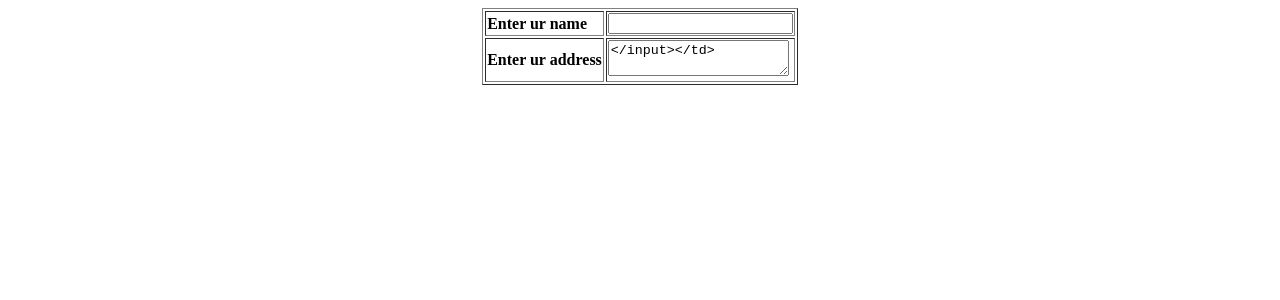
Repository: MaheshYadavM/my-frist-repo
Page: HttpSessionApp/WebContent/index.html
These files come from the project's save history. The page is drawn as it stood at one moment and after the next save; the edit follows.
The browser window is 1280 px wide. The pictures show the whole page.

Above is the page before, as saved 2022-08-30 06:39:34.

After the next save:
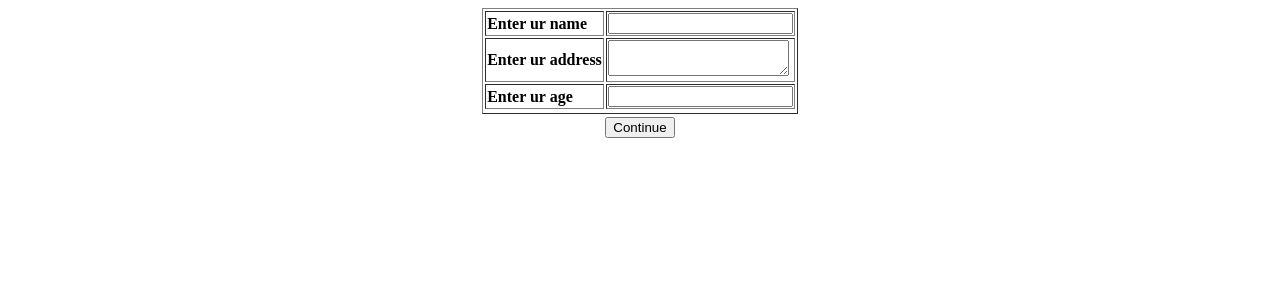
Saved 2 min 51 s later.
--- a/HttpSessionApp/WebContent/index.html
+++ b/HttpSessionApp/WebContent/index.html
@@ -16,7 +16,7 @@
 
 				<tr>
 					<th align="left">Enter ur address</th>
-					<td><textarea name="ex_add" value=""></input></td>
+					<td><textarea name="ex_add" value=""></textarea></td>
 				</tr>
 
 				<tr>
